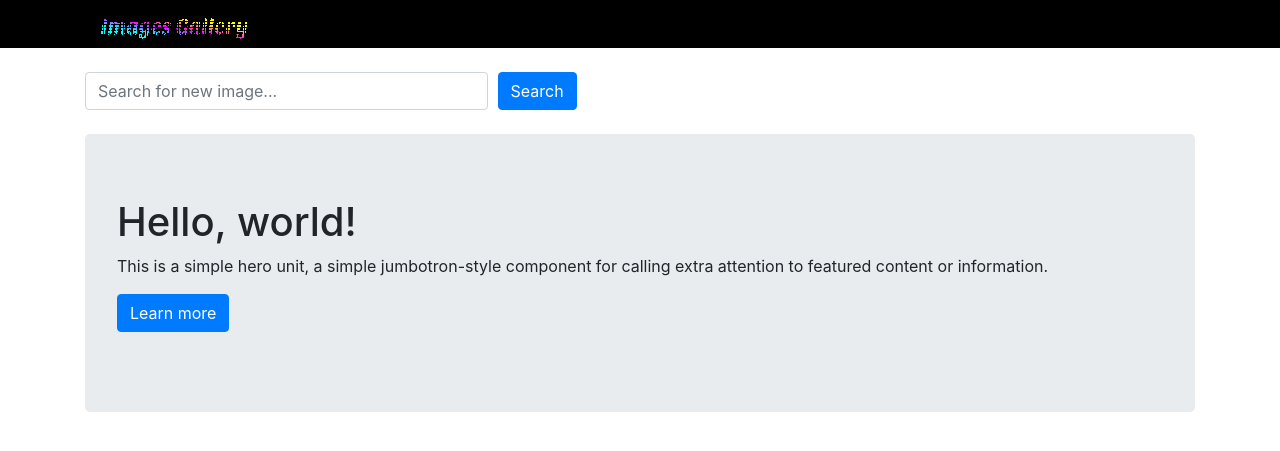
Repository: Zolds403/images-gallery
Page: / (app in frontend/)
The author's editor kept a copy of each file at every save. The page is drawn from the files as they stood at one save, then again after the next save.
The browser window is 1280 px wide. The pictures show the whole page.
The project was rebuilt for these pictures with package versions that can differ from the ones it lists, and the page was loaded fresh each time. Also part of the build but not shown: frontend/src/components/ImageCard.js.

Above is the page before, as saved 2021-06-07 22:13:54.

### frontend/src/index.js
//jshint esversion:6
import React from 'react';
import ReactDOM from 'react-dom';
import './css/index.css';
import App from './App';
ReactDOM.render(
  <React.StrictMode>
    <App />
  </React.StrictMode>,
  document.getElementById('root')
);

### frontend/src/App.js
//jshint esversion:9
import { useState } from 'react';
import 'bootstrap/dist/css/bootstrap.min.css';
import Header from './components/Header';
import Search from './components/Search';
import ImageCard from './components/ImageCard';
import Welcome from './components/Welcome';
import { Container, Row, Col } from 'react-bootstrap';

const UNSPLASH_KEY = process.env.REACT_APP_UNSPLASH_KEY;

const App = () => {
  const [word, setWord] = useState('');
  const [images, setImages] = useState([]);

  console.log(images);

  const handleSearchSubmit = (e) => {
    e.preventDefault();
    console.log(word);
    fetch(
      `https://api.unsplash.com/photos/random/?query=${word}&client_id=${UNSPLASH_KEY}`
    )
      .then((res) => res.json())
      .then((data) => {
        setImages([{ ...data, title: word }, ...images]);
      })
      .catch((err) => {
        console.log(err);
      });

    setWord('');
  };

  const handleDeleteImage = (id) => {
    setImages(images.filter((image) => image.id !== id));
  };

  return (
    <div>
      <Header title="Images Gallery" />
      <Search word={word} setWord={setWord} handleSubmit={handleSearchSubmit} />
      <Container className="mt-4">
        {images.length ? (
          <Row xs={1} md={2} lg={3}>
            {images.map((image, i) => (
              <Col key={i} className="pb-3">
                <ImageCard image={image} deleteImage={handleDeleteImage} />
              </Col>
            ))}
          </Row>
        ) : (
          <Welcome />
        )}
      </Container>
    </div>
  );
};

export default App;

### frontend/src/components/Header.js
//jshint esversion: 8

import React from 'react';
import { Navbar, Container } from 'react-bootstrap';
import { ReactComponent as Logo } from '../images/logo.svg';

const navBarStyle = {
  backgroundColor: 'black',
};

const Header = ({ title }) => {
  return (
    <Navbar style={navBarStyle} variant="light">
      <Container>
        <Logo alt={title} style={{ maxWidth: '12rem', maxHeight: '2rem' }} />
      </Container>
    </Navbar>
  );
};

export default Header;

### frontend/src/components/Search.js
//jshint esversion: 8
import React from 'react';
import { Container, Row, Col, Form, Button } from 'react-bootstrap';

const Search = ({ word, setWord, handleSubmit }) => {
  return (
    <Container className="mt-4">
      <Row className="justify-content">
        <Col xs={12} md={8} lg={6}>
          <Form onSubmit={handleSubmit}>
            <Form.Row>
              <Col xs={9}>
                <Form.Control
                  type="text"
                  value={word}
                  onChange={(e) => setWord(e.target.value)}
                  placeholder="Search for new image..."
                />
              </Col>
              <Col>
                <Button variant="primary" type="submit">
                  Search
                </Button>
              </Col>
            </Form.Row>
          </Form>
        </Col>
      </Row>
    </Container>
  );
};

export default Search;

### frontend/src/components/Welcome.js
//jshint esversion:6
import React from 'react';
import { Jumbotron, Button } from 'react-bootstrap';

const Welcome = () => (
  <Jumbotron>
    <h1>Hello, world!</h1>
    <p>
      This is a simple hero unit, a simple jumbotron-style component for calling
      extra attention to featured content or information.
    </p>
    <p>
      <Button variant="primary" href="https://unsplash.com" target="-blank">
        Learn more
      </Button>
    </p>
  </Jumbotron>
);

export default Welcome;

Loaded but not shown: frontend/public/index.html (common file); frontend/src/css/index.css (common file)

After the next save:
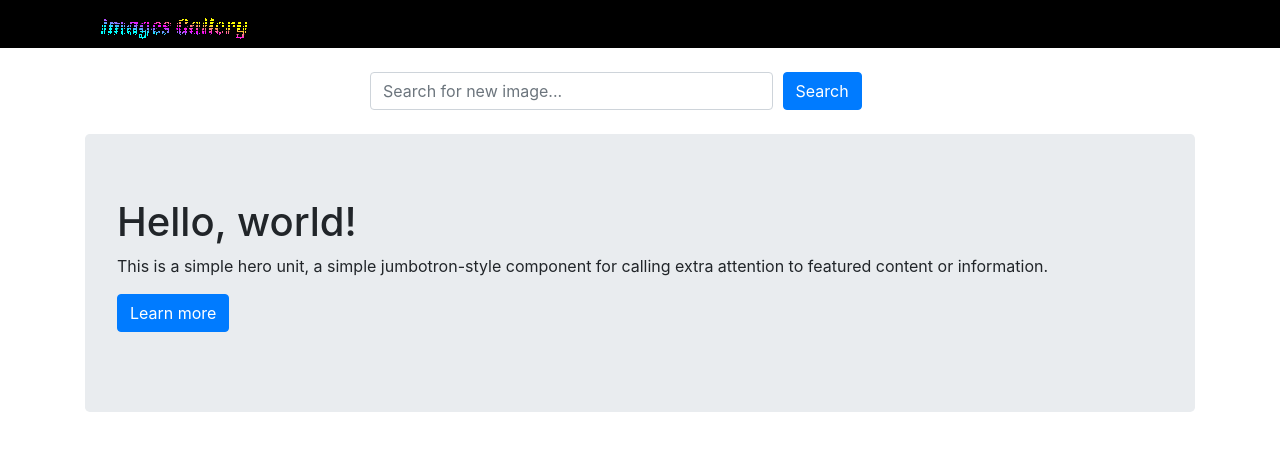
Saved 8 min 14 s later.
--- a/frontend/src/components/Search.js
+++ b/frontend/src/components/Search.js
@@ -5,7 +5,7 @@ import { Container, Row, Col, Form, Button } from 'react-bootstrap';
 const Search = ({ word, setWord, handleSubmit }) => {
   return (
     <Container className="mt-4">
-      <Row className="justify-content">
+      <Row className="justify-content-center">
         <Col xs={12} md={8} lg={6}>
           <Form onSubmit={handleSubmit}>
             <Form.Row>
